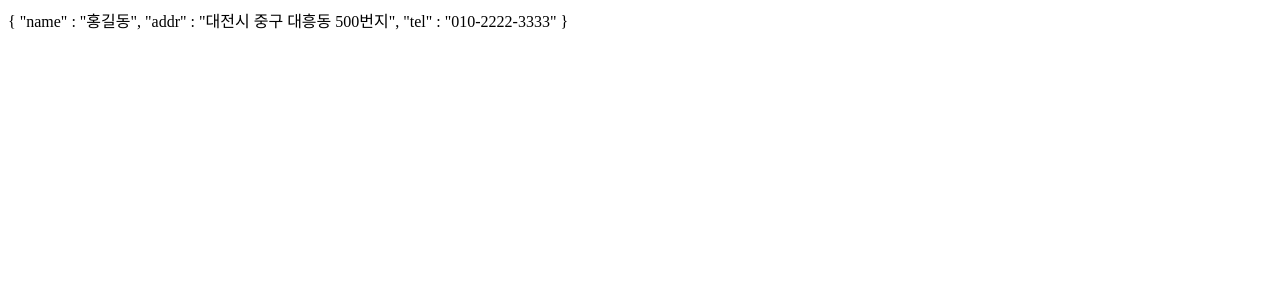
Repository: prawniel99/05_JQuery
Page: http://localhost/jqpro/비동기_XMLRequest/jobj.jsp
These files come from the project's save history. The page is drawn as it stood at one moment and after the next save; the edit follows.
The browser window is 1280 px wide. The pictures show the whole page.
The page is served by Tomcat 9.

Above is the page before, as saved 2024-08-22 03:02:56.

After the next save:
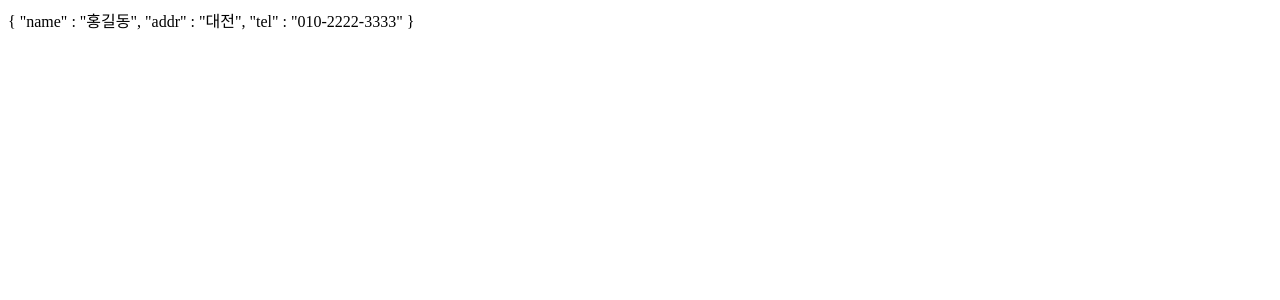
Saved 3 min 38 s later.
--- a/workspace/jqpro/WebContent/비동기_XMLRequest/jobj.jsp
+++ b/workspace/jqpro/WebContent/비동기_XMLRequest/jobj.jsp
@@ -16,6 +16,6 @@
 
 {
 	"name" : "홍길동",
-	"addr" : "대전시 중구 대흥동 500번지",
+	"addr" : "대전",
 	"tel" : "010-2222-3333"
 }
